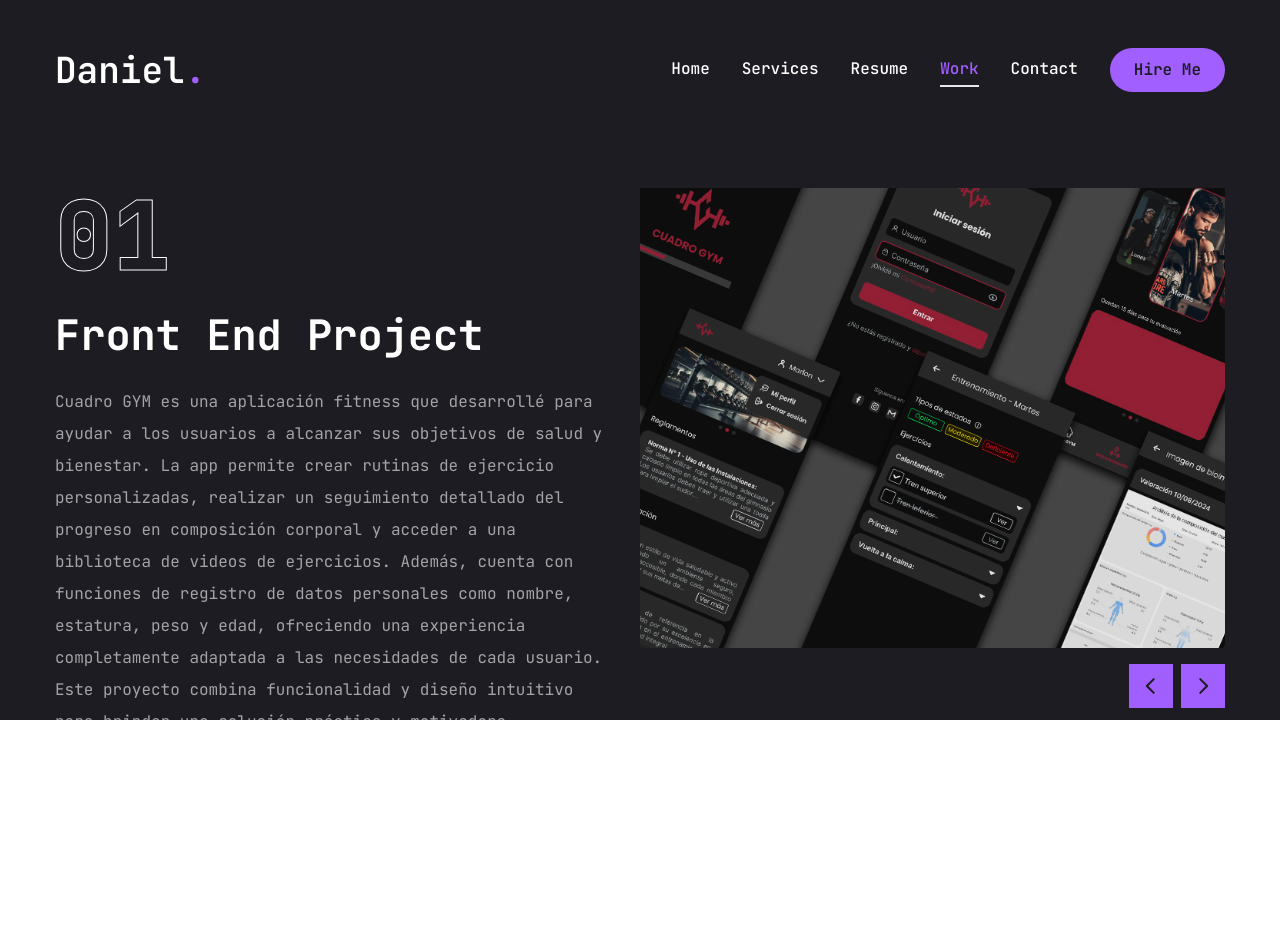
Repository: itsDarkos/Daniel-Portfolio
Page: /work
These files come from the project's save history. The page is drawn as it stood at one moment and after a run of saves; the edit follows.
The browser window is 1280 px wide. The pictures show the whole page.
The project was rebuilt for these pictures with package versions that can differ from the ones it lists, and the page was loaded fresh each time. The framework's server and built-in components were replaced by stand-ins that run in the browser. Also part of the build but not shown: next.config.mjs.

Above is the page before, as saved 2025-01-05 18:33:55.

### app/layout.jsx
import { JetBrains_Mono } from "next/font/google";
import "./globals.css";

// components
import Header from "@/components/Header";
import PageTransition from "@/components/PageTransition";
import StairTransition from "@/components/StairTransition";

const jetBrainsMono = JetBrains_Mono({
  variable: "--font-jetBrainsMono",
  weight: ["100", "200", "300", "400", "500", "600", "700", "800"],
  subsets: ["latin"],
});

export const metadata = {
  title: "Create Next App",
  description: "Generated by create next app",
};

export default function RootLayout({ children }) {
  return (
    <html lang="en">
      <body className={jetBrainsMono.variable}>
        <Header />
        <StairTransition />
        <PageTransition>{children}</PageTransition>
      </body>
    </html>
  );
}

### app/work/page.jsx
"use client";

import { motion } from "framer-motion";
import React, { useState } from "react";

import { Swiper, SwiperSlide } from "swiper/react";
import "swiper/css";

import { BsArrowUpRight, BsGithub } from "react-icons/bs";

import {
  Tooltip,
  TooltipContent,
  TooltipProvider,
  TooltipTrigger,
} from "@/components/ui/tooltip";

import Link from "next/link";
import Image from "next/image";

// components
import WorkSliderBtns from "@/components/WorkSliderBtns";

const projects = [
  {
    num: "01",
    category: "Front End",
    title: "projecto 1",
    description: "Cuadro GYM es una aplicación fitness que desarrollé para ayudar a los usuarios a alcanzar sus objetivos de salud y bienestar. La app permite crear rutinas de ejercicio personalizadas, realizar un seguimiento detallado del progreso en composición corporal y acceder a una biblioteca de videos de ejercicios. Además, cuenta con funciones de registro de datos personales como nombre, estatura, peso y edad, ofreciendo una experiencia completamente adaptada a las necesidades de cada usuario. Este proyecto combina funcionalidad y diseño intuitivo para brindar una solución práctica y motivadora.",
    stack: [{ name: "Unity" }, { name: "C#" }],
    image: "/assets/work/thumb1.jpg",
    live: "",
    github: "",
  },
  {
    num: "02",
    category: "Diseño UI/UX",
    title: "projecto 2",
    description: "",
    stack: [{ name: "Figma" }],
    image: "/assets/work/thumb2.png",
    live: "",
    github: "",
  },
];

const Work = () => {
  const [project, setProject] = useState(projects[0]);

  const handleSlideChange = (swiper) => {
    // get current slide index
    const currentIndex = swiper.activeIndex;
    // update project state based on current slide index
    setProject(projects[currentIndex]);
  };

  return (
    <motion.section
      initial={{ opacity: 0 }}
      animate={{
        opacity: 1,
        transition: { delay: 2.4, duration: 0.4, ease: "easeIn" },
      }}
      className="min-h-[80vh] flex flex-col justify-center py-12 xl:px-0"
    >
      <div className="container mx-auto">
        <div className="flex flex-col xl:flex-row xl:gap-[30px]">
          <div className="w-full xl:w-[50%] xl:h-[460px] flex flex-col xl:justify-between order-2 xl:order-none">
            <div className="flex flex-col gap-[30px] h-[50%]">
              {/* ouline num */}
              <div className="text-8xl leading-none font-extrabold text-transparent text-outline">
                {project.num}
              </div>
              {/* project categoty */}
              <h2 className="text-[42px] font-bold leading-none text-white group-hover:text-accent transition-all duration-500 capitalize">
                {project.category} project
              </h2>
              {/* project description */}
              <p className="text-white/60">{project.description}</p>
              {/* stack */}
              <ul className="flex gap-4">
                {project.stack.map((item, index) => {
                  return (
                    <li key={index} className="text-xl text-accent">
                      {item.name}
                      {/* remove the last commo */}
                      {index !== project.stack.length - 1 && ","}
                    </li>
                  );
                })}
              </ul>
              {/* border */}
              <div className="border border-white/20"></div>
              {/* buttons */}
              <div className="flex items-center gap-4">
                {/* live project button */}
                <Link href={project.live}>
                  <TooltipProvider delayDuration={100}>
                    <Tooltip>
                      <TooltipTrigger className="w-[70px] h-[70px] rounded-full bg-white/5 flex justify-center items-center group">
                        <BsArrowUpRight className="text-white text-3xl group-hover:text-accent" />
                      </TooltipTrigger>
                      <TooltipContent>
                        <p>Live project</p>
                      </TooltipContent>
                    </Tooltip>
                  </TooltipProvider>
                </Link>
                {/* github project button */}
                <Link href={project.github}>
                  <TooltipProvider delayDuration={100}>
                    <Tooltip>
                      <TooltipTrigger className="w-[70px] h-[70px] rounded-full bg-white/5 flex justify-center items-center group">
                        <BsGithub className="text-white text-3xl group-hover:text-accent" />
                      </TooltipTrigger>
                      <TooltipContent>
                        <p>Github repository</p>
                      </TooltipContent>
                    </Tooltip>
                  </TooltipProvider>
                </Link>
              </div>
            </div>
          </div>
          <div className="w-full xl:w-[50%]">
            <Swiper
              spaceBetween={30}
              slidesPerView={1}
              className="xl:h-[520px] mb-12"
              onSlideChange={handleSlideChange}
            >
              {projects.map((project, index) => {
                return (
                  <SwiperSlide key={index} className="w-full">
                    <div className="h-[460px] relative group flex justify-center items-center bg-pink-50/20">
                      {/* overlay */}
                      <div className="absolute top-0 bottom-0 w-full h-full bg-black/10 z-10"></div>
                      {/* image */}
                      <div className="relative w-full h-full">
                        <Image
                          src={project.image}
                          fill
                          className="object-cover"
                          alt=""
                        />
                      </div>
                    </div>
                  </SwiperSlide>
                );
              })}
              {/* slider buttons */}
              <WorkSliderBtns
                containerStyles="flex gap-2 absolute right-0 bottom-[calc(50%_-_22px)] xl:bottom-0 z-20 w-full justify-between xl:w-max xl:justify-none"
                btnStyles="bg-accent hover:bg-accent-hover text-primary text-[22px] w-[44px] h-[44px] flex justify-center items-center transition-all"
              />
            </Swiper>
          </div>
        </div>
      </div>
    </motion.section>
  );
};

export default Work;

### app/globals.css
@tailwind base;
@tailwind components;
@tailwind utilities;

@layer base {
  body {
    @apply font-primary bg-primary text-white leading-loose;
  }

  .h1 {
    @apply text-[48px] xl:text-[80px] leading-[1.1] font-semibold;
  }

  .h2 {
    @apply text-[36px] xl:text-[48px] leading-[1.1] font-semibold;
  }

  .h3 {
    @apply text-[20px] xl:text-[24px] leading-[1.1] font-semibold;
  }
  .text-outline{
    -webkit-text-stroke: 1px #ffffff;
  }

  .text-outline-hover{
    -webkit-text-stroke: 1px #a15fff;
  }
}

### components/Header.jsx
import Link from "next/link";
import { Button } from "./ui/button";

// components
import { Nav } from "./Nav";
import MobileNav from "./MobileNav";

export const Header = () => {
  return (
    <header className="py-8 xl:py-12 text-white">
      <div className="container mx-auto flex justify-between items-center">
        {/* logo */}
        <Link href="/">
          <h1 className="text-4xl font-semibold">
            Daniel<span className="text-accent">.</span>
          </h1>
        </Link>
        {/* desktop nav & hire me button */}
        <div className="hidden xl:flex items-center gap-8">
          <Nav />
          <Link href="/contact">
            <Button>Hire Me</Button>
          </Link>
        </div>
        {/* mobile nav */}
        <div className="xl:hidden">
          <MobileNav />
        </div>
      </div>
    </header>
  );
};

export default Header;

### components/PageTransition.jsx
"use client";

import { AnimatePresence, motion } from "framer-motion"
import { usePathname } from "next/navigation";

const PageTransition = ({children}) => {
  const pathname = usePathname();
  return <AnimatePresence>
    <div key={pathname}>
      <motion.div
        initial ={{opacity: 1}}
        animate={{
          opacity: 0,
          transition:{delay: 1, duration: 0.4, ease: "easeInOut"},
        }}
        className="h-screen w-screen fixed bg-primary top-0 pointer-events-none"
      />
      {children}
    </div>
    </AnimatePresence>
}

export default PageTransition

### components/StairTransition.jsx
"use client";

import { AnimatePresence, motion } from "framer-motion";
import { usePathname } from "next/navigation";

//components
import Stairs from "./Stairs";

const StairTransition = () => {
  const pathname = usePathname();
  return (
    <>
      <AnimatePresence mode="wait">
        <div key={pathname}>
          <div className="h-screen w-screen fixed top-0 left-0 right-0 pointer-events-none z-40 flex">
            <Stairs />
          </div>
          <motion.div
            className="h-screen w-screen fixed bg-primary top-0 pointer-events-none"
            initial={{ opacity: 1 }}
            animate={{
              opacity: 0,
              transition: { delay: 1, duration: 0.4, ease: "easeInOut" },
            }}
          />
        </div>
      </AnimatePresence>
    </>
  );
};

export default StairTransition;

### components/ui/tooltip.jsx
"use client"

import * as React from "react"
import * as TooltipPrimitive from "@radix-ui/react-tooltip"

import { cn } from "@/lib/utils"

const TooltipProvider = TooltipPrimitive.Provider

const Tooltip = TooltipPrimitive.Root

const TooltipTrigger = TooltipPrimitive.Trigger

const TooltipContent = React.forwardRef(({ className, sideOffset = 4, ...props }, ref) => (
  <TooltipPrimitive.Content
    ref={ref}
    sideOffset={sideOffset}
    className={cn(
      "z-50 overflow-hidden rounded-md border border-neutral-200 bg-white px-3 py-1.5 text-sm text-neutral-950 shadow-md animate-in fade-in-0 zoom-in-95 data-[state=closed]:animate-out data-[state=closed]:fade-out-0 data-[state=closed]:zoom-out-95 data-[side=bottom]:slide-in-from-top-2 data-[side=left]:slide-in-from-right-2 data-[side=right]:slide-in-from-left-2 data-[side=top]:slide-in-from-bottom-2 dark:border-neutral-800 dark:bg-neutral-950 dark:text-neutral-50",
      className
    )}
    {...props} />
))
TooltipContent.displayName = TooltipPrimitive.Content.displayName

export { Tooltip, TooltipTrigger, TooltipContent, TooltipProvider }

### components/ui/button.jsx
import * as React from "react";
import { Slot } from "@radix-ui/react-slot";
import { cva } from "class-variance-authority";

import { cn } from "@/lib/utils";

const buttonVariants = cva(
  "inline-flex items-center justify-center whitespace-nowrap rounded-full text-base font-semibold ring-offset-white transition-colors",
  {
    variants: {
      variant: {
        default:  "bg-accent text-primary hover:bg-accent-hover",
        primary:  "bg-primary text-white",
        outline:  "border border-accent bg-transparent text-accent hover:bg-accent hover:text-primary",
      },
      size: {
        default: "h-[44px] px-6",
        sm: "h-[48px] px-6",
        lg: "h-[56px] px-8 text-sm uppercase tracking-[2px]",
      },
    },
    defaultVariants: {
      variant: "default",
      size: "default",
    },
  }
);

const Button = React.forwardRef(
  ({ className, variant, size, asChild = false, ...props }, ref) => {
    const Comp = asChild ? Slot : "button";
    return (
      <Comp
        className={cn(buttonVariants({ variant, size, className }))}
        ref={ref}
        {...props}
      />
    );
  }
);
Button.displayName = "Button";

export { Button, buttonVariants };

### components/Nav.jsx
"use client";

import Link from "next/link";
import { usePathname } from "next/navigation";

const links = [
  {
    name: "Home",
    path: "/",
  },
  {
    name: "Services",
    path: "/services",
  },
  {
    name: "Resume",
    path: "/resume",
  },
  {
    name: "Work",
    path: "/work",
  },
  {
    name: "Contact",
    path: "/contact",
  },
];

export const Nav = () => {
  const pathname = usePathname();
  console.log(pathname);
  return (
    <nav className="flex gap-8">
      {links.map((link, index) => {
        return (
          <Link
            href={link.path}
            key={index}
            className={`${
              link.path === pathname && "text-accent border-b-2 border-accent"
            }capitalize font-medium hover:text-accent transition all`}>
            {link.name}
          </Link>
        );
      })}
    </nav>
  );
};

export default Nav;

### components/MobileNav.jsx
"use client";

import { Sheet, SheetContent, SheetTrigger } from "@/components/ui/sheet";
import { usePathname } from "next/navigation";
import Link from "next/link";
import { CiMenuFries } from "react-icons/ci";

const links = [
  {
    name: "home",
    path: "/",
  },
  {
    name: "services",
    path: "/services",
  },
  {
    name: "resume",
    path: "/resume",
  },
  {
    name: "work",
    path: "/work",
  },
  {
    name: "contact",
    path: "/contact",
  },
];

const MobileNav = () => {
  const pathname = usePathname();
  return (
    <Sheet>
      <SheetTrigger className="flex justify-center items-center">
        <CiMenuFries className="text-[32px] text-accent" />
      </SheetTrigger>
      <SheetContent className="flex flex-col">
        {/* logo */}
        <div className="mt-32 mt-40 text-center text-2xl">
          <Link href="/"></Link>
          <h1 className="text-4xl font-semibold">
            Daniel<span className="text-accent">.</span>
          </h1>
        </div>
        {/* nav */}
        <nav className="flex flex-col justifi-center items-center gap-8">
          {links.map((link, index) => {
            return (
              <Link
                href={link.path}
                key={index}
                className={`${
                  link.path === pathname &&
                  "text-accent border-b-2 border-accent"
                } text-xl capitalize hover:text-accent transition`}
              >
                {link.name}
              </Link>
            );
          })}
        </nav>
      </SheetContent>
    </Sheet>
  );
};

export default MobileNav;

### components/Stairs.jsx
import { animate, motion } from "framer-motion";

//variants
const stairAimation = {
  initial: {
    top: "0%",
  },
  animate: {
    top: "100%",
  },
  exit: {
    top: ["100%", "0%"],
  },
};

//calculate the reverse index fot staggred delay
const reverseIndex = (index) => {
  const totalSteps = 6; //number of steps
  return totalSteps - index - 1;
};

const Stairs = () => {
  return (
    <>
      {/* render & motion divs, each representing a step of the stairs.
      Each div will have the same animation defined by the stoirsAnimation object.
      The delay for each div is calculated sinomically based on it's reversed index,
      creating a staggered effect with decreasing delay for each subsequent step.
     */}
      {[...Array(6)].map((_, index) => {
        return (
          <motion.div
            key={index}
            variants={stairAimation}
            initial="initial"
            animate="animate"
            exit="exit"
            transition={{
              duration: 0.4,
              ease: "easeInOut",
              delay: reverseIndex(index) * 0.1,
            }}
            className="h-full w-full bg-white relative"
          />
        );
      })}
    </>
  );
};

export default Stairs;

### components/ui/sheet.jsx
"use client";
import * as React from "react"
import * as SheetPrimitive from "@radix-ui/react-dialog"
import { cva } from "class-variance-authority";
import { cn } from "@/lib/utils"

import {IoMdClose} from "react-icons/io"

const Sheet = SheetPrimitive.Root

const SheetTrigger = SheetPrimitive.Trigger

const SheetClose = SheetPrimitive.Close

const SheetPortal = SheetPrimitive.Portal

const SheetOverlay = React.forwardRef(({ className, ...props }, ref) => (
  <SheetPrimitive.Overlay
    className={cn(
      "fixed inset-0 z-50 bg-black/80  data-[state=open]:animate-in data-[state=closed]:animate-out data-[state=closed]:fade-out-0 data-[state=open]:fade-in-0",
      className
    )}
    {...props}
    ref={ref} />
))
SheetOverlay.displayName = SheetPrimitive.Overlay.displayName

const sheetVariants = cva(
  "fixed z-50 gap-4 bg-primary p-6 shadow-lg transition ease-in-out data-[state=open]:animate-in data-[state=closed]:animate-out data-[state=closed]:duration-300 data-[state=open]:duration-500 dark:bg-neutral-950",
  {
    variants: {
      side: {
        top: "inset-x-0 top-0 border-b data-[state=closed]:slide-out-to-top data-[state=open]:slide-in-from-top",
        bottom:
          "inset-x-0 bottom-0 border-t data-[state=closed]:slide-out-to-bottom data-[state=open]:slide-in-from-bottom",
        left: "inset-y-0 left-0 h-full w-3/4 border-r data-[state=closed]:slide-out-to-left data-[state=open]:slide-in-from-left sm:max-w-sm",
        right:
          "inset-y-0 right-0 h-full w-3/4 data-[state=closed]:slide-out-to-right data-[state=open]:slide-in-from-right sm:max-w-sm",
      },
    },
    defaultVariants: {
      side: "right",
    },
  }
)

const SheetContent = React.forwardRef(({ side = "right", className, children, ...props }, ref) => (
  <SheetPortal>
    <SheetOverlay />
    <SheetPrimitive.Content ref={ref} className={cn(sheetVariants({ side }), className)} {...props}>
      {children}
      <SheetPrimitive.Close
        className="absolute right-8 top-8 transition opacity ouline-none">
        <IoMdClose className="text-3xl text-accent" />
        <span className="sr-only">Close</span>
      </SheetPrimitive.Close>
    </SheetPrimitive.Content>
  </SheetPortal>
))
SheetContent.displayName = SheetPrimitive.Content.displayName

const SheetHeader = ({
  className,
  ...props
}) => (
  <div
    className={cn("flex flex-col space-y-2 text-center sm:text-left", className)}
    {...props} />
)
SheetHeader.displayName = "SheetHeader"

const SheetFooter = ({
  className,
  ...props
}) => (
  <div
    className={cn("flex flex-col-reverse sm:flex-row sm:justify-end sm:space-x-2", className)}
    {...props} />
)
SheetFooter.displayName = "SheetFooter"

const SheetTitle = React.forwardRef(({ className, ...props }, ref) => (
  <SheetPrimitive.Title
    ref={ref}
    className={cn("text-lg font-semibold text-neutral-950 dark:text-neutral-50", className)}
    {...props} />
))
SheetTitle.displayName = SheetPrimitive.Title.displayName

const SheetDescription = React.forwardRef(({ className, ...props }, ref) => (
  <SheetPrimitive.Description
    ref={ref}
    className={cn("text-sm text-neutral-500 dark:text-neutral-400", className)}
    {...props} />
))
SheetDescription.displayName = SheetPrimitive.Description.displayName

export {
  Sheet,
  SheetPortal,
  SheetOverlay,
  SheetTrigger,
  SheetClose,
  SheetContent,
  SheetHeader,
  SheetFooter,
  SheetTitle,
  SheetDescription,
}

### tailwind.config.mjs
/** @type {import('tailwindcss').Config} */
// eslint-disable-next-line import/no-anonymous-default-export
export default {
  darkMode: ["class"],
  content: [
    "./pages/**/*.{js,ts,jsx,tsx,mdx}",
    "./components/**/*.{js,ts,jsx,tsx,mdx}",
    "./app/**/*.{js,ts,jsx,tsx,mdx}",
  ],
  theme: {
    container: {
      center: true,
      padding: "15px",
    },
    screens: {
      sm: "640px",
      md: "768px",
      lg: "960px",
      xl: "1200px",
    },
    fontFamily: {
      primary: "var(--font-jetBrainsMono)",
    },
    extend: {
      colors: {
        primary: "#1c1c22",
        accent: {
          DEFAULT: "#a15fff",
          hover: "#8e4cff",
        },
      },
      borderRadius: {
        lg: "var(--radius)",
        md: "calc(var(--radius) - 2px)",
        sm: "calc(var(--radius) - 4px)",
      },
    },
  },
  plugins: [require("tailwindcss-animate")],
};

Loaded but not shown: components/WorkSliderBtns.jsx (common file); lib/utils.js (common file)

After the next 2 saves:
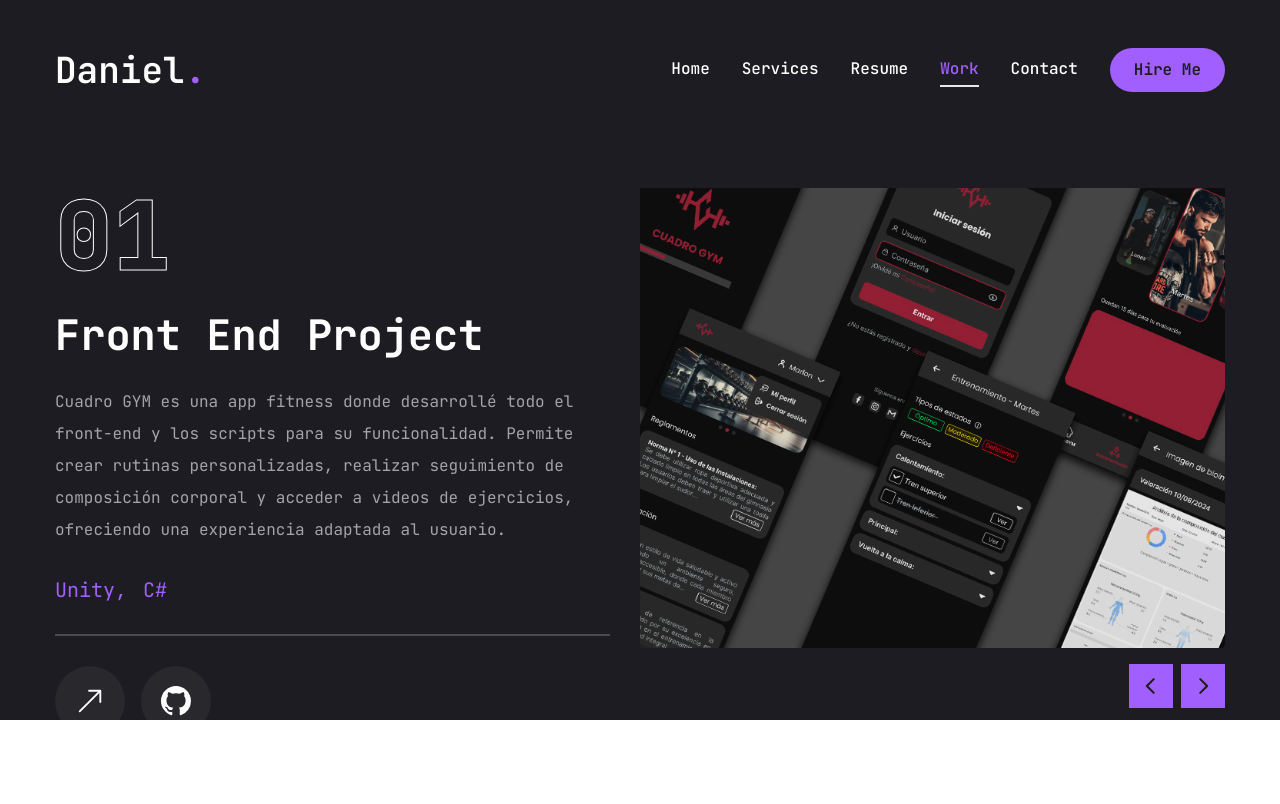
The 2 saves are shown as one change because they came seconds apart.
The last was saved 102 s later.
--- a/app/work/page.jsx
+++ b/app/work/page.jsx
@@ -26,7 +26,7 @@ const projects = [
     num: "01",
     category: "Front End",
     title: "projecto 1",
-    description: "Cuadro GYM es una aplicación fitness que desarrollé para ayudar a los usuarios a alcanzar sus objetivos de salud y bienestar. La app permite crear rutinas de ejercicio personalizadas, realizar un seguimiento detallado del progreso en composición corporal y acceder a una biblioteca de videos de ejercicios. Además, cuenta con funciones de registro de datos personales como nombre, estatura, peso y edad, ofreciendo una experiencia completamente adaptada a las necesidades de cada usuario. Este proyecto combina funcionalidad y diseño intuitivo para brindar una solución práctica y motivadora.",
+    description: "Cuadro GYM es una app fitness donde desarrollé todo el front-end y los scripts para su funcionalidad. Permite crear rutinas personalizadas, realizar seguimiento de composición corporal y acceder a videos de ejercicios, ofreciendo una experiencia adaptada al usuario.",
     stack: [{ name: "Unity" }, { name: "C#" }],
     image: "/assets/work/thumb1.jpg",
     live: "",
